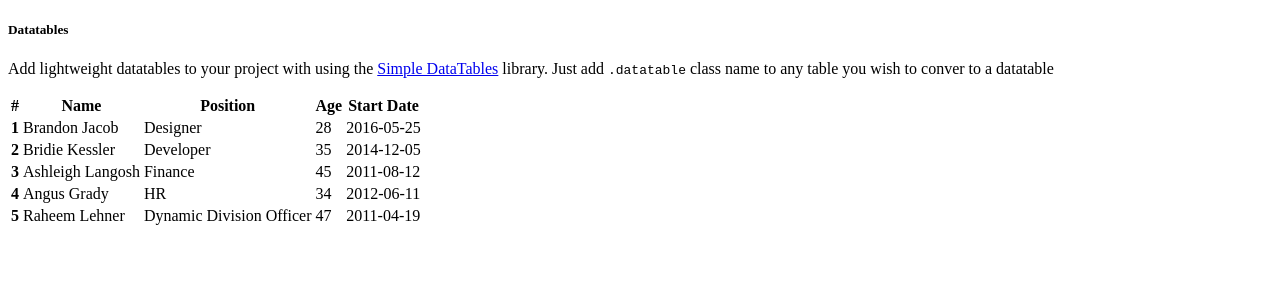
Repository: antsamadagascar/HR-Recruitment
Page: http://localhost/semestre5/application/views/table/annonces_tables.php
An editor plug-in stored every save of this project. The page is shown before and after the next save, followed by the edit.
The browser window is 1280 px wide. The pictures show the whole page.
The page is run by PHP 8.4 with error messages shown; the project is at /var/www/html/. application/core/MY_Config.php is not in the repository; a stand-in opens the database connection.

Above is the page before, as saved 2024-11-13 16:44:45.

### application/views/table/annonces_tables.php
<!DOCTYPE html>
<html lang="en">

<head>
  <meta charset="utf-8">
  <meta content="width=device-width, initial-scale=1.0" name="viewport">
  <link href="assets/css/style.css" rel="stylesheet">
</head>

<body>
<section class="section">
      <div class="row">
        <div class="col-lg-12">

          <div class="card">
            <div class="card-body">
              <h5 class="card-title">Datatables</h5>
              <p>Add lightweight datatables to your project with using the <a href="https://github.com/fiduswriter/Simple-DataTables" target="_blank">Simple DataTables</a> library. Just add <code>.datatable</code> class name to any table you wish to conver to a datatable</p>

              <!-- Table with stripped rows -->
              <table class="table datatable">
                <thead>
                  <tr>
                    <th scope="col">#</th>
                    <th scope="col">Name</th>
                    <th scope="col">Position</th>
                    <th scope="col">Age</th>
                    <th scope="col">Start Date</th>
                  </tr>
                </thead>
                <tbody>
                  <tr>
                    <th scope="row">1</th>
                    <td>Brandon Jacob</td>
                    <td>Designer</td>
                    <td>28</td>
                    <td>2016-05-25</td>
                  </tr>
                  <tr>
                    <th scope="row">2</th>
                    <td>Bridie Kessler</td>
                    <td>Developer</td>
                    <td>35</td>
                    <td>2014-12-05</td>
                  </tr>
                  <tr>
                    <th scope="row">3</th>
                    <td>Ashleigh Langosh</td>
                    <td>Finance</td>
                    <td>45</td>
                    <td>2011-08-12</td>
                  </tr>
                  <tr>
                    <th scope="row">4</th>
                    <td>Angus Grady</td>
                    <td>HR</td>
                    <td>34</td>
                    <td>2012-06-11</td>
                  </tr>
                  <tr>
                    <th scope="row">5</th>
                    <td>Raheem Lehner</td>
                    <td>Dynamic Division Officer</td>
                    <td>47</td>
                    <td>2011-04-19</td>
                  </tr>
                </tbody>
              </table>
              <!-- End Table with stripped rows -->

            </div>
          </div>

        </div>
      </div>
    </section>
</body>

</html>

### index.php
<?php
/**
 * CodeIgniter
 *
 * An open source application development framework for PHP
 *
 * This content is released under the MIT License (MIT)
 *
 * Copyright (c) 2014 - 2016, British Columbia Institute of Technology
 *
 * Permission is hereby granted, free of charge, to any person obtaining a copy
 * of this software and associated documentation files (the "Software"), to deal
 * in the Software without restriction, including without limitation the rights
 * to use, copy, modify, merge, publish, distribute, sublicense, and/or sell
 * copies of the Software, and to permit persons to whom the Software is
 * furnished to do so, subject to the following conditions:
 *
 * The above copyright notice and this permission notice shall be included in
 * all copies or substantial portions of the Software.
 *
 * THE SOFTWARE IS PROVIDED "AS IS", WITHOUT WARRANTY OF ANY KIND, EXPRESS OR
 * IMPLIED, INCLUDING BUT NOT LIMITED TO THE WARRANTIES OF MERCHANTABILITY,
 * FITNESS FOR A PARTICULAR PURPOSE AND NONINFRINGEMENT. IN NO EVENT SHALL THE
 * AUTHORS OR COPYRIGHT HOLDERS BE LIABLE FOR ANY CLAIM, DAMAGES OR OTHER
 * LIABILITY, WHETHER IN AN ACTION OF CONTRACT, TORT OR OTHERWISE, ARISING FROM,
 * OUT OF OR IN CONNECTION WITH THE SOFTWARE OR THE USE OR OTHER DEALINGS IN
 * THE SOFTWARE.
 *
 * @package	CodeIgniter
 * @author	EllisLab Dev Team
 * @copyright	Copyright (c) 2008 - 2014, EllisLab, Inc. (https://ellislab.com/)
 * @copyright	Copyright (c) 2014 - 2016, British Columbia Institute of Technology (http://bcit.ca/)
 * @license	http://opensource.org/licenses/MIT	MIT License
 * @link	https://codeigniter.com
 * @since	Version 1.0.0
 * @filesource
 */

/*
 *---------------------------------------------------------------
 * APPLICATION ENVIRONMENT
 *---------------------------------------------------------------
 *
 * You can load different configurations depending on your
 * current environment. Setting the environment also influences
 * things like logging and error reporting.
 *
 * This can be set to anything, but default usage is:
 *
 *     development
 *     testing
 *     production
 *
 * NOTE: If you change these, also change the error_reporting() code below
 */
	define('ENVIRONMENT', isset($_SERVER['CI_ENV']) ? $_SERVER['CI_ENV'] : 'development');

/*
 *---------------------------------------------------------------
 * ERROR REPORTING
 *---------------------------------------------------------------
 *
 * Different environments will require different levels of error reporting.
 * By default development will show errors but testing and live will hide them.
 */
switch (ENVIRONMENT)
{
	case 'development':
		error_reporting(-1);
		ini_set('display_errors', 1);
	break;

	case 'testing':
	case 'production':
		ini_set('display_errors', 0);
		if (version_compare(PHP_VERSION, '5.3', '>='))
		{
			error_reporting(E_ALL & ~E_NOTICE & ~E_DEPRECATED & ~E_STRICT & ~E_USER_NOTICE & ~E_USER_DEPRECATED);
		}
		else
		{
			error_reporting(E_ALL & ~E_NOTICE & ~E_STRICT & ~E_USER_NOTICE);
		}
	break;

	default:
		header('HTTP/1.1 503 Service Unavailable.', TRUE, 503);
		echo 'The application environment is not set correctly.';
		exit(1); // EXIT_ERROR
}

/*
 *---------------------------------------------------------------
 * SYSTEM DIRECTORY NAME
 *---------------------------------------------------------------
 *
 * This variable must contain the name of your "system" directory.
 * Set the path if it is not in the same directory as this file.
 */
	$system_path = 'system';

/*
 *---------------------------------------------------------------
 * APPLICATION DIRECTORY NAME
 *---------------------------------------------------------------
 *
 * If you want this front controller to use a different "application"
 * directory than the default one you can set its name here. The directory
 * can also be renamed or relocated anywhere on your server. If you do,
 * use an absolute (full) server path.
 * For more info please see the user guide:
 *
 * https://codeigniter.com/user_guide/general/managing_apps.html
 *
 * NO TRAILING SLASH!
 */
	$application_folder = 'application';

/*
 *---------------------------------------------------------------
 * VIEW DIRECTORY NAME
 *---------------------------------------------------------------
 *
 * If you want to move the view directory out of the application
 * directory, set the path to it here. The directory can be renamed
 * and relocated anywhere on your server. If blank, it will default
 * to the standard location inside your application directory.
 * If you do move this, use an absolute (full) server path.
 *
 * NO TRAILING SLASH!
 */
	$view_folder = '';


/*
 * --------------------------------------------------------------------
 * DEFAULT CONTROLLER
 * --------------------------------------------------------------------
 *
 * Normally you will set your default controller in the routes.php file.
 * You can, however, force a custom routing by hard-coding a
 * specific controller class/function here. For most applications, you
 * WILL NOT set your routing here, but it's an option for those
 * special instances where you might want to override the standard
 * routing in a specific front controller that shares a common CI installation.
 *
 * IMPORTANT: If you set the routing here, NO OTHER controller will be
 * callable. In essence, this preference limits your application to ONE
 * specific controller. Leave the function name blank if you need
 * to call functions dynamically via the URI.
 *
 * Un-comment the $routing array below to use this feature
 */
	// The directory name, relative to the "controllers" directory.  Leave blank
	// if your controller is not in a sub-directory within the "controllers" one
	// $routing['directory'] = '';

	// The controller class file name.  Example:  mycontroller
	// $routing['controller'] = '';

	// The controller function you wish to be called.
	// $routing['function']	= '';


/*
 * -------------------------------------------------------------------
 *  CUSTOM CONFIG VALUES
 * -------------------------------------------------------------------
 *
 * The $assign_to_config array below will be passed dynamically to the
 * config class when initialized. This allows you to set custom config
 * items or override any default config values found in the config.php file.
 * This can be handy as it permits you to share one application between
 * multiple front controller files, with each file containing different
 * config values.
 *
 * Un-comment the $assign_to_config array below to use this feature
 */
	// $assign_to_config['name_of_config_item'] = 'value of config item';



// --------------------------------------------------------------------
// END OF USER CONFIGURABLE SETTINGS.  DO NOT EDIT BELOW THIS LINE
// --------------------------------------------------------------------

/*
 * ---------------------------------------------------------------
 *  Resolve the system path for increased reliability
 * ---------------------------------------------------------------
 */

	// Set the current directory correctly for CLI requests
	if (defined('STDIN'))
	{
		chdir(dirname(__FILE__));
	}

	if (($_temp = realpath($system_path)) !== FALSE)
	{
		$system_path = $_temp.DIRECTORY_SEPARATOR;
	}
	else
	{
		// Ensure there's a trailing slash
		$system_path = strtr(
			rtrim($system_path, '/\\'),
			'/\\',
			DIRECTORY_SEPARATOR.DIRECTORY_SEPARATOR
		).DIRECTORY_SEPARATOR;
	}

	// Is the system path correct?
	if ( ! is_dir($system_path))
	{
		header('HTTP/1.1 503 Service Unavailable.', TRUE, 503);
		echo 'Your system folder path does not appear to be set correctly. Please open the following file and correct this: '.pathinfo(__FILE__, PATHINFO_BASENAME);
		exit(3); // EXIT_CONFIG
	}

/*
 * -------------------------------------------------------------------
 *  Now that we know the path, set the main path constants
 * -------------------------------------------------------------------
 */
	// The name of THIS file
	define('SELF', pathinfo(__FILE__, PATHINFO_BASENAME));

	// Path to the system directory
	define('BASEPATH', $system_path);

	// Path to the front controller (this file) directory
	define('FCPATH', dirname(__FILE__).DIRECTORY_SEPARATOR);

	// Name of the "system" directory
	define('SYSDIR', basename(BASEPATH));

	// The path to the "application" directory
	if (is_dir($application_folder))
	{
		if (($_temp = realpath($application_folder)) !== FALSE)
		{
			$application_folder = $_temp;
		}
		else
		{
			$application_folder = strtr(
				rtrim($application_folder, '/\\'),
				'/\\',
				DIRECTORY_SEPARATOR.DIRECTORY_SEPARATOR
			);
		}
	}
	elseif (is_dir(BASEPATH.$application_folder.DIRECTORY_SEPARATOR))
	{
		$application_folder = BASEPATH.strtr(
			trim($application_folder, '/\\'),
			'/\\',
			DIRECTORY_SEPARATOR.DIRECTORY_SEPARATOR
		);
	}
	else
	{
		header('HTTP/1.1 503 Service Unavailable.', TRUE, 503);
		echo 'Your application folder path does not appear to be set correctly. Please open the following file and correct this: '.SELF;
		exit(3); // EXIT_CONFIG
	}

	define('APPPATH', $application_folder.DIRECTORY_SEPARATOR);

	// The path to the "views" directory
	if ( ! isset($view_folder[0]) && is_dir(APPPATH.'views'.DIRECTORY_SEPARATOR))
	{
		$view_folder = APPPATH.'views';
	}
	elseif (is_dir($view_folder))
	{
		if (($_temp = realpath($view_folder)) !== FALSE)
		{
			$view_folder = $_temp;
		}
		else
		{
			$view_folder = strtr(
				rtrim($view_folder, '/\\'),
				'/\\',
				DIRECTORY_SEPARATOR.DIRECTORY_SEPARATOR
			);
		}
	}
	elseif (is_dir(APPPATH.$view_folder.DIRECTORY_SEPARATOR))
	{
		$view_folder = APPPATH.strtr(
			trim($view_folder, '/\\'),
			'/\\',
			DIRECTORY_SEPARATOR.DIRECTORY_SEPARATOR
		);
	}
	else
	{
		header('HTTP/1.1 503 Service Unavailable.', TRUE, 503);
		echo 'Your view folder path does not appear to be set correctly. Please open the following file and correct this: '.SELF;
		exit(3); // EXIT_CONFIG
	}

	define('VIEWPATH', $view_folder.DIRECTORY_SEPARATOR);

/*
 * --------------------------------------------------------------------
 * LOAD THE BOOTSTRAP FILE
 * --------------------------------------------------------------------
 *
 * And away we go...
 */
require_once BASEPATH.'core/CodeIgniter.php';

### application/views/errors/html/error_php.php
<?php
defined('BASEPATH') OR exit('No direct script access allowed');
?>

<div style="border:1px solid #990000;padding-left:20px;margin:0 0 10px 0;">

<h4>A PHP Error was encountered</h4>

<p>Severity: <?php echo $severity; ?></p>
<p>Message:  <?php echo $message; ?></p>
<p>Filename: <?php echo $filepath; ?></p>
<p>Line Number: <?php echo $line; ?></p>

<?php if (defined('SHOW_DEBUG_BACKTRACE') && SHOW_DEBUG_BACKTRACE === TRUE): ?>

	<p>Backtrace:</p>
	<?php foreach (debug_backtrace() as $error): ?>

		<?php if (isset($error['file']) && strpos($error['file'], realpath(BASEPATH)) !== 0): ?>

			<p style="margin-left:10px">
			File: <?php echo $error['file'] ?><br />
			Line: <?php echo $error['line'] ?><br />
			Function: <?php echo $error['function'] ?>
			</p>

		<?php endif ?>

	<?php endforeach ?>

<?php endif ?>

</div>

### application/views/errors/html/error_exception.php
<?php
defined('BASEPATH') OR exit('No direct script access allowed');
?>

<div style="border:1px solid #990000;padding-left:20px;margin:0 0 10px 0;">

<h4>An uncaught Exception was encountered</h4>

<p>Type: <?php echo get_class($exception); ?></p>
<p>Message: <?php echo $message; ?></p>
<p>Filename: <?php echo $exception->getFile(); ?></p>
<p>Line Number: <?php echo $exception->getLine(); ?></p>

<?php if (defined('SHOW_DEBUG_BACKTRACE') && SHOW_DEBUG_BACKTRACE === TRUE): ?>

	<p>Backtrace:</p>
	<?php foreach ($exception->getTrace() as $error): ?>

		<?php if (isset($error['file']) && strpos($error['file'], realpath(BASEPATH)) !== 0): ?>

			<p style="margin-left:10px">
			File: <?php echo $error['file']; ?><br />
			Line: <?php echo $error['line']; ?><br />
			Function: <?php echo $error['function']; ?>
			</p>
		<?php endif ?>

	<?php endforeach ?>

<?php endif ?>

</div>

Loaded but not shown: system/core/CodeIgniter.php (common file); application/config/constants.php (common file); system/core/Common.php (common file); system/core/Benchmark.php (common file); system/core/Hooks.php (common file); system/core/Config.php (common file); system/core/Exceptions.php (common file); system/core/Log.php (common file); application/config/config.php (513 lines, source omitted)

After the next save:
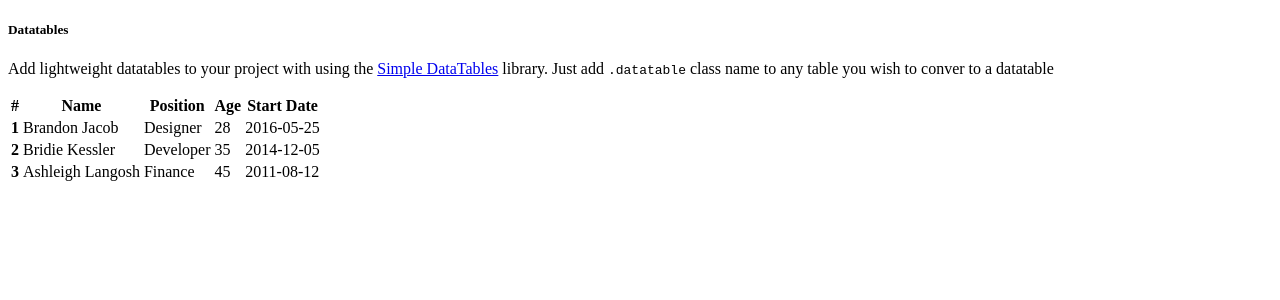
Saved 27 s later.
--- a/application/views/table/annonces_tables.php
+++ b/application/views/table/annonces_tables.php
@@ -50,20 +50,6 @@
                     <td>45</td>
                     <td>2011-08-12</td>
                   </tr>
-                  <tr>
-                    <th scope="row">4</th>
-                    <td>Angus Grady</td>
-                    <td>HR</td>
-                    <td>34</td>
-                    <td>2012-06-11</td>
-                  </tr>
-                  <tr>
-                    <th scope="row">5</th>
-                    <td>Raheem Lehner</td>
-                    <td>Dynamic Division Officer</td>
-                    <td>47</td>
-                    <td>2011-04-19</td>
-                  </tr>
                 </tbody>
               </table>
               <!-- End Table with stripped rows -->
